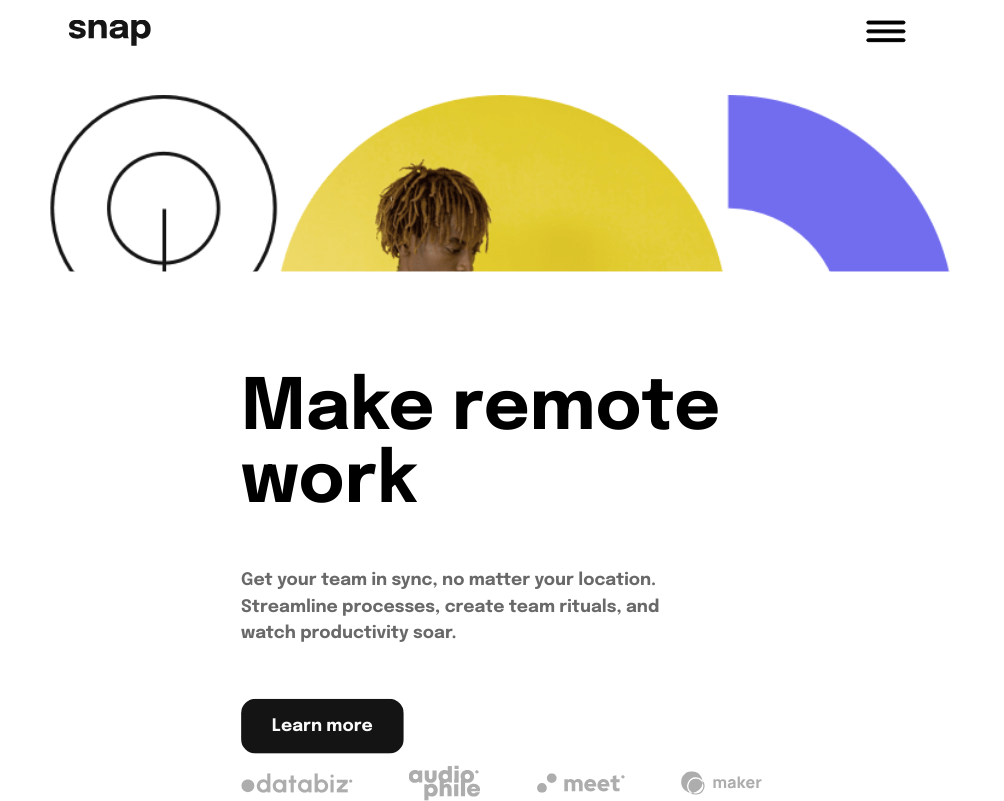
Repository: KamoliddinGIT/intro-section-with-dropdown
Page: index.html
These files come from the project's save history. The page is drawn as it stood at one moment and after the next save; the edit follows.
The browser window is 1024 px wide. The pictures show the whole page, at 98% of full size.

Above is the page before, as saved 2023-09-24 19:30:05.

### index.html
<!DOCTYPE html>
<html lang="en">
  <head>
    <meta charset="UTF-8" />
    <meta name="viewport" content="width=device-width, initial-scale=1.0" />
    <link
      rel="icon"
      type="image/png"
      sizes="32x32"
      href="./images/favicon-32x32.png"
    />
    <link
      href="https://fonts.googleapis.com/css2?family=Epilogue:wght@500;700&display=swap"
      rel="stylesheet"
    />
    <link rel="stylesheet" href="./css/style.css" />
    <title>Intro section with dropdown navigation</title>
  </head>
  <body>
    <div class="container">
      <div class="header">
        <img src="./images/logo.svg" alt="logo" class="logo" />
        <div class="nav-items">
          <ul class="nav">
            <li>
              <button class="features">
                Features
                <img
                  src="./images/icon-arrow-down.svg"
                  alt="arrow"
                  class="arrow-1"
                />
              </button>
              <ul class="toggle__1" style="display: none">
                <li>
                  <img src="./images/icon-todo.svg" alt="icon" /> Todo List
                </li>
                <li>
                  <img src="./images/icon-calendar.svg" alt="icon" /> Calendar
                </li>
                <li>
                  <img src="./images/icon-reminders.svg" alt="icon" /> Reminders
                </li>
                <li>
                  <img src="./images/icon-planning.svg" alt="icon" /> Planning
                </li>
              </ul>
            </li>
            <li>
              <button class="company">
                Company
                <img
                  src="./images/icon-arrow-down.svg"
                  alt="arrow"
                  class="arrow-2"
                />
              </button>
              <ul class="toggle__2" style="display: none">
                <li>History</li>
                <li>Our Team</li>
                <li>Blog</li>
              </ul>
            </li>
            <li>Careers</li>
            <li>About</li>
          </ul>
          <div class="sign__options">
            <a href="#" class="login">Login</a>
            <a href="#" class="register">Register</a>
          </div>
        </div>
        <div class="hamburgers" onclick="burger()">
          <div class="burger__1" id="b1"></div>
          <div class="burger__1" id="b2"></div>
          <div class="burger__1" id="b3"></div>
        </div>
        <nav class="nav-menu">
          <ul id="nav">
            <li>
              <button class="features" id="features">
                Features
                <img
                  src="./images/icon-arrow-down.svg"
                  alt="arrow"
                  class="arrow-1"
                  id="arrow-1"
                />
              </button>
              <ul class="toggle__1" id="toggle__1" style="display: none">
                <li>
                  <img src="./images/icon-todo.svg" alt="icon" /> Todo List
                </li>
                <li>
                  <img src="./images/icon-calendar.svg" alt="icon" /> Calendar
                </li>
                <li>
                  <img src="./images/icon-reminders.svg" alt="icon" /> Reminders
                </li>
                <li>
                  <img src="./images/icon-planning.svg" alt="icon" /> Planning
                </li>
              </ul>
            </li>
            <li>
              <button class="company" id="company">
                Company
                <img
                  src="./images/icon-arrow-down.svg"
                  alt="arrow"
                  class="arrow-2"
                  id="arrow-2"
                />
              </button>
              <ul class="toggle__2" id="toggle__2" style="display: none">
                <li>History</li>
                <li>Our Team</li>
                <li>Blog</li>
              </ul>
            </li>
            <li>Careers</li>
            <li>About</li>
          </ul>
          <div id="sign__options">
            <a href="#" class="login">Login</a>
            <a href="#" class="register">Register</a>
          </div>
        </nav>
      </div>
      <section class="main">
        <div class="main-info">
          <div class="main__text">
            <h1>Make remote work</h1>
            <p>
              Get your team in sync, no matter your location. Streamline
              processes, create team rituals, and watch productivity soar.
            </p>
            <a href="#">Learn more</a>
          </div>
          <div class="main__imgs">
            <img src="./images/client-databiz.svg" alt="client" />
            <img src="./images/client-audiophile.svg" alt="audiophile" />
            <img src="./images/client-meet.svg" alt="meet" />
            <img src="./images/client-maker.svg" alt="maker" />
          </div>
        </div>
        <div class="main-img"></div>
      </section>
    </div>

    <script src="./js/index.js"></script>
    <script src="./js/main.js"></script>
  </body>
</html>

### css/style.css
* {
  margin: 0;
  padding: 0;
  box-sizing: border-box;
}

body {
  width: 100%;
  height: 100vh;
  display: flex;
  justify-content: center;
  align-items: center;
  padding: 0 50px;
  font-family: "Epilogue", sans-serif;
}

.container {
  display: flex;
  flex-direction: column;
  align-items: center;
  width: 100%;
  height: 100%;
  gap: 30px;
}

.header {
  position: relative;
  width: 100%;
  padding: 20px;
  display: flex;
  align-items: center;
  gap: 50px;
  font-size: 1.6rem;
  color: #696969;
}

.nav {
  display: flex;
  width: 377px;
  height: 21px;
  align-items: center;
  gap: 2.3rem;
  list-style-type: none;
}

#nav {
  display: flex;
  align-items: start;
  flex-direction: column;
  margin-top: 48px;
  width: 100%;
  height: 132px;
  gap: 1rem;
  list-style-type: none;
}

.features,
.company {
  display: flex;
  flex-direction: row;
  gap: 0.5rem;
  font-weight: 700;
  color: hsl(0, 0%, 41%);
  text-decoration: none;
  align-items: center;
  font-size: 14px;
  transition: all ease-in-out 0.3s;
  cursor: pointer;
  background-color: transparent;
  border: none;
}

.toggle__1 {
  position: absolute;
  top: 4rem;
  width: 133px;
  height: 148px;
  display: flex;
  flex-direction: column;
  align-items: start;
  gap: 1rem;
  border-radius: 10px;
  background-color: #fff;
  padding: 1rem;
  box-shadow: -2px 10px 24px -11px rgba(0, 0, 0, 0.62);
  -webkit-box-shadow: -2px 10px 24px -11px rgba(0, 0, 0, 0.62);
  -moz-box-shadow: -2px 10px 24px -11px rgba(0, 0, 0, 0.62);
  z-index: 1;
}

.toggle__1 li {
  display: flex;
  gap: 1rem;
  align-items: center;
}

#features,
#company {
  display: flex;
  flex-direction: row;
  gap: 0.5rem;
  font-weight: 700;
  color: hsl(0, 0%, 41%);
  text-decoration: none;
  align-items: center;
  font-size: 14px;
  transition: all ease-in-out 0.3s;
  cursor: pointer;
  background-color: transparent;
  border: none;
}

#toggle__1 {
  position: absolute;
  top: 5.5rem;
  width: 133px;
  height: 148px;
  display: flex;
  flex-direction: column;
  align-items: start;
  gap: 1rem;
  border-radius: 10px;
  background-color: #fff;
  padding: 1rem;
  box-shadow: -2px 10px 24px -11px rgba(0, 0, 0, 0.62);
  -webkit-box-shadow: -2px 10px 24px -11px rgba(0, 0, 0, 0.62);
  -moz-box-shadow: -2px 10px 24px -11px rgba(0, 0, 0, 0.62);
  z-index: 1;
}

#toggle__1 li {
  display: flex;
  gap: 1rem;
  align-items: center;
}

li {
  display: flex;
  flex-direction: row;
  gap: 0.5rem;
  font-weight: 700;
  color: hsl(0, 0%, 41%);
  text-decoration: none;
  align-items: center;
  font-size: 14px;
  transition: all ease-in-out 0.3s;
  cursor: pointer;
  background-color: transparent;
  border: none;
}

.nav-items {
  width: 1210px;
  height: 40px;
  display: flex;
  align-items: center;
  justify-content: space-between;
}

.sign__options {
  width: 184px;
  height: 40px;
  display: flex;
  justify-content: space-between;
  align-items: center;
}

.login {
  background-color: transparent;
  border: none;
  color: hsl(0, 0%, 41%);
  font-size: 0.9rem;
  font-weight: 700;
  cursor: pointer;
  transition: all ease-in-out 0.3s;
  text-decoration: none;
}

.login:hover {
  color: black;
}

.register {
  display: flex;
  justify-content: center;
  align-items: center;
  width: 121px;
  height: 40px;
  border: 2px solid hsl(0, 0%, 8%);
  transition: all ease-in-out 0.3s;
  background-color: transparent;
  color: hsl(0, 0%, 41%);
  text-decoration: none;
  padding: 0.5rem 1.35rem;
  border-radius: 15px;
  font-size: 0.9rem;
  font-weight: 700;
  cursor: pointer;
}

.register:hover {
  border-color: hsl(0, 0%, 41%);
  color: hsl(0, 0%, 41%);
}

.features:hover {
  color: black;
}

.company:hover {
  color: black;
}

.toggle__1 li:hover {
  cursor: pointer;
  color: black;
}

.toggle__2 li:hover {
  cursor: pointer;
  color: black;
}

ul li:hover {
  color: black;
}

.toggle__2 {
  width: 100px;
  height: 121px;
  display: flex;
  flex-direction: column;
  justify-content: center;
  align-items: start;
  gap: 1rem;
  border-radius: 10px;
  position: absolute;
  background-color: white;
  padding: 1rem;
  top: 4rem;
  box-shadow: -2px 10px 24px -11px rgba(0, 0, 0, 0.62);
  -webkit-box-shadow: -2px 10px 24px -11px rgba(0, 0, 0, 0.62);
  -moz-box-shadow: -2px 10px 24px -11px rgba(0, 0, 0, 0.62);
  z-index: 1;
}

#toggle__2 {
  width: 100px;
  height: 121px;
  display: flex;
  flex-direction: column;
  justify-content: center;
  align-items: start;
  gap: 1rem;
  border-radius: 10px;
  position: absolute;
  background-color: white;
  padding: 1rem;
  top: 7rem;
  box-shadow: -2px 10px 24px -11px rgba(0, 0, 0, 0.62);
  -webkit-box-shadow: -2px 10px 24px -11px rgba(0, 0, 0, 0.62);
  -moz-box-shadow: -2px 10px 24px -11px rgba(0, 0, 0, 0.62);
  z-index: 1;
}

.hamburgers {
  position: absolute;
  top: -25px;
  right: -5px;
  display: none;
  flex-direction: column;
  justify-content: center;
  align-items: center;
  width: 50px;
  height: 50px;
  margin-right: 50px;
  margin-top: 29px;
  z-index: 9999;
}
.hamburgers:hover {
  cursor: pointer;
}
.burger__1:nth-child(1) {
  width: 40px;
  height: 4px;
  border: 1px solid #000;
  border-radius: 20px;
  margin-top: 5px;
  background-color: #000;
}
.burger__1:nth-child(3) {
  width: 40px;
  height: 4px;
  border: 1px solid #000;
  border-radius: 20px;
  margin-top: 5px;
  background-color: #000;
}

#b2 {
  width: 40px;
  height: 4px;
  border: 1px solid #000;
  border-radius: 20px;
  margin-top: 5px;
  background-color: #000;
}

.nav-menu {
  display: none;
  flex-direction: column;
  align-items: start;
  justify-content: start;
  max-width: 633px;
  width: 100%;
  height: 598px;
  position: fixed;
  padding: 1rem;
  background-color: white;
  height: 100%;
  right: 0;
  top: 0;
  gap: 2rem;
}

.sign__options {
  width: 184px;
  height: 78px;
  display: flex;
  justify-content: space-between;
  text-align: center;
  align-items: center;
}

#sign__options {
  width: 161px;
  height: 78px;
  margin: 0 auto;
  display: flex;
  flex-direction: column;
  justify-content: space-around;
  text-align: center;
  align-items: center;
}

/* -------------------main-starts----------------- */

.main {
  width: 1100px;
  height: 640px;
  display: flex;
  align-items: center;
  justify-content: space-between;
}

.main-info {
  display: flex;
  flex-direction: column;
  align-items: center;
  justify-content: space-between;
  width: 532px;
  height: 100%;
}

.main__text {
  margin-top: 104px;
  width: 100%;
  height: 400px;
  display: flex;
  flex-direction: column;
  align-items: start;
  gap: 3.1rem;
}

.main-img {
  background-image: url("../images/image-hero-desktop.png");
  background-repeat: no-repeat;
  background-position: 0 0;
  background-size: cover;
  width: 480px;
  height: 640px;
}

.main__text p {
  color: hsl(0, 0%, 41%);
  font-size: 1.1rem;
  font-weight: 700;
  line-height: 1.7rem;
  width: 90%;
}

.main__text a {
  display: flex;
  justify-content: center;
  align-items: center;
  border-radius: 15px;
  border: 1px solid transparent;
  background-color: hsl(0, 0%, 8%);
  padding: 0.9rem 1.9rem;
  color: rgba(250, 250, 250, 255);
  text-decoration: none;
  font-size: 1.1rem;
  font-weight: 600;
  margin-top: 3.5px;
  transition: all ease-in-out 0.3s;
  height: 56px;
}

.main__text h1 {
  font-size: 72px;
  font-weight: bold;
}

.main__imgs {
  width: 100%;
  display: flex;
  justify-content: space-between;
  align-items: center;
}

/* -------------------main-ends------------------- */

/* ------------media-starts-------------- */

@media only screen and (max-width: 1100px) {
  .nav-items {
    display: none;
  }
  .hamburgers {
    display: flex;
  }
  .container {
    max-width: 1100px;
    width: 100%;
  }
  .main {
    width: 100%;
    min-height: 100%;
    flex-direction: column-reverse;
  }
  .main-img {
    width: 100%;
    background-image: url("../images/image-hero-mobile.png");
  }
}

@media only screen and (min-width: 1100px) {
  .nav-menu {
    display: none;
  }
}

/* --------------media-ends------------ */

### js/index.js
"use strict";

let features = document.querySelector(".features"),
  arrow1 = document.querySelector(".arrow-1"),
  toggle1 = document.querySelector(".toggle__1");

let onOff = false;

features.addEventListener("click", () => {
  if (onOff === false) {
    arrow1.src = "../images/icon-arrow-up.svg";
    toggle1.style.cssText = "display: flex";
    toggle2.style.cssText = "display: none";
    onOff = true;
  } else {
    arrow1.src = "../images/icon-arrow-down.svg";
    toggle1.style.cssText = "display: none";
    onOff = false;
  }
});

let company = document.querySelector(".company"),
  arrow2 = document.querySelector(".arrow-2"),
  toggle2 = document.querySelector(".toggle__2");

let onOff2 = false;

company.addEventListener("click", () => {
  if (onOff2 === false) {
    arrow2.src = "../images/icon-arrow-up.svg";
    toggle2.style.cssText = "display: flex";
    toggle1.style.cssText = "display: none";

    onOff2 = true;
  } else {
    arrow2.src = "../images/icon-arrow-down.svg";
    toggle2.style.cssText = "display: none";
    onOff2 = false;
  }
});

// hamburger //
let nav_menu = document.querySelector(".nav-menu");
let over1 = document.querySelector("#over1");
let over2 = document.querySelector("#over2");
let over3 = document.querySelector("#over3");
let over4 = document.querySelector("#over4");

let a1 = document.querySelector(".a1");
let a2 = document.querySelector(".a2");
let a3 = document.querySelector(".a3");
let a4 = document.querySelector(".a4");
let b1 = document.querySelector("#b1");
let b2 = document.querySelector("#b2");
let b3 = document.querySelector("#b3");
let body = document.body;

let Click = true;
function burger() {
  if (Click) {
    nav_menu.style.cssText = "display: flex;";
    body.style.cssText =
      "background-color: rgba(6, 6, 6, 0.15);  backdrop-filter: blur(3px);";
    b1.style.cssText =
      " transform: rotate(45deg); width: 40px;  position: absolute;";
    b3.style.cssText =
      " transform: rotate(-45deg); width: 40px;  position: absolute;";
    b2.style.cssText =
      "margin-right: border-color: white; background-color: white; border: none;";
    Click = false;
  } else {
    nav_menu.style.cssText = "display: none;";
    body.style.cssText = "background-color: white;  backdrop-filter: blur(0);";
    b1.style.cssText = " transform: rotate(0deg); width: 40px;";
    b3.style.cssText = " transform: rotate(0deg); width: 40px;";
    b2.style.cssText = "background-color: black";
    Click = true;
  }
}

### js/main.js
"use strict";

let features1 = document.querySelector("#features"),
  arrow_1 = document.querySelector("#arrow-1"),
  toggle_1 = document.querySelector("#toggle__1");

let onOff1 = false;

features1.addEventListener("click", () => {
  if (onOff1 === false) {
    arrow_1.src = "../images/icon-arrow-up.svg";
    toggle_1.style.cssText = "display: flex";
    toggle_2.style.cssText = "display: none";
    onOff1 = true;
  } else {
    arrow_1.src = "../images/icon-arrow-down.svg";
    toggle_1.style.cssText = "display: none";
    onOff1 = false;
  }
});

let company_1 = document.querySelector("#company"),
  arrow_2 = document.querySelector("#arrow-2"),
  toggle_2 = document.querySelector("#toggle__2");

let onOff_2 = false;

company_1.addEventListener("click", () => {
  if (onOff_2 === false) {
    arrow_2.src = "../images/icon-arrow-up.svg";
    toggle_2.style.cssText = "display: flex";
    toggle_1.style.cssText = "display: none";

    onOff_2 = true;
  } else {
    arrow_2.src = "../images/icon-arrow-down.svg";
    toggle_2.style.cssText = "display: none";
    onOff_2 = false;
  }
});

After the next save:
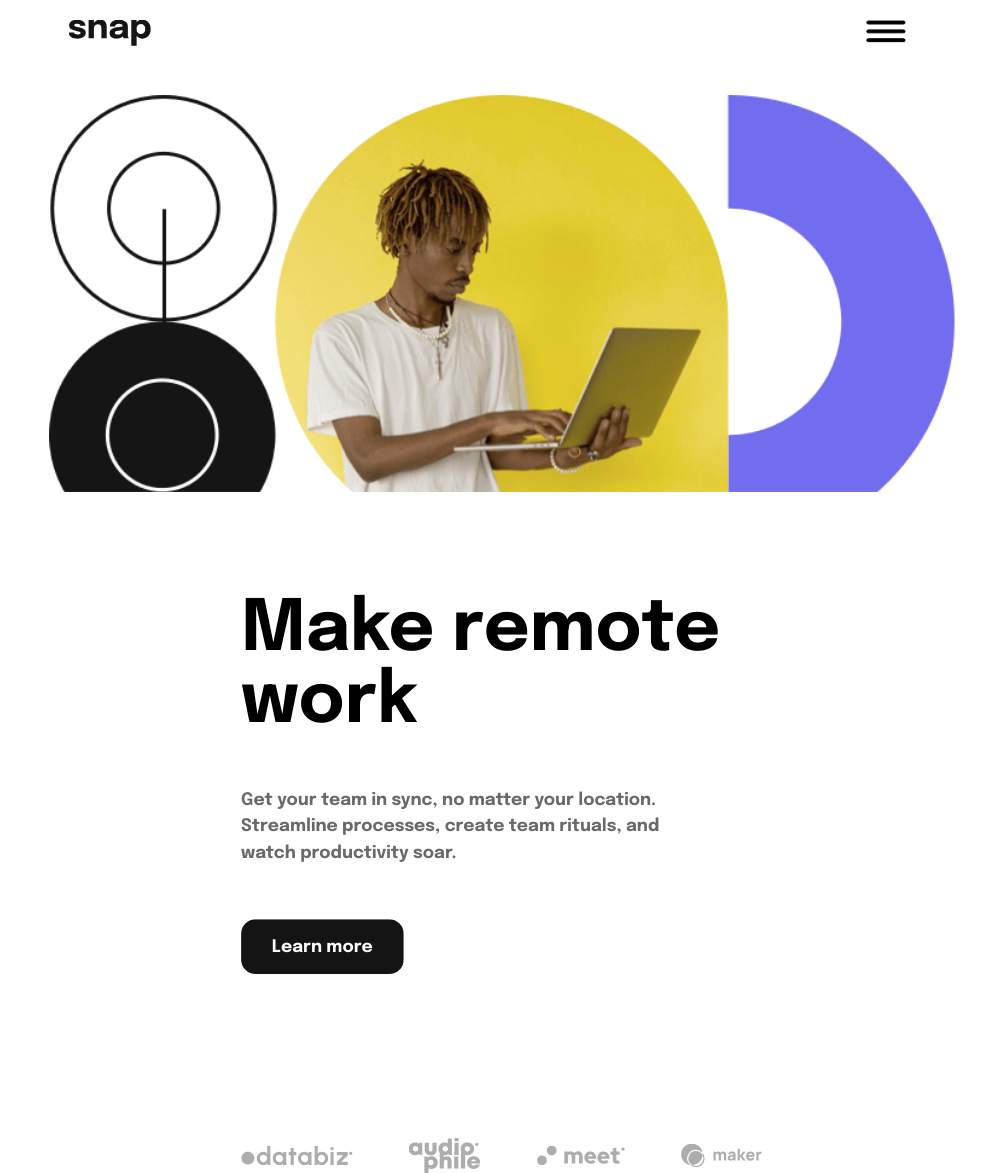
Saved 9 s later.
--- a/css/style.css
+++ b/css/style.css
@@ -435,7 +435,7 @@
   }
   .main {
     width: 100%;
-    min-height: 100%;
+    min-height: 1100px;
     flex-direction: column-reverse;
   }
   .main-img {
